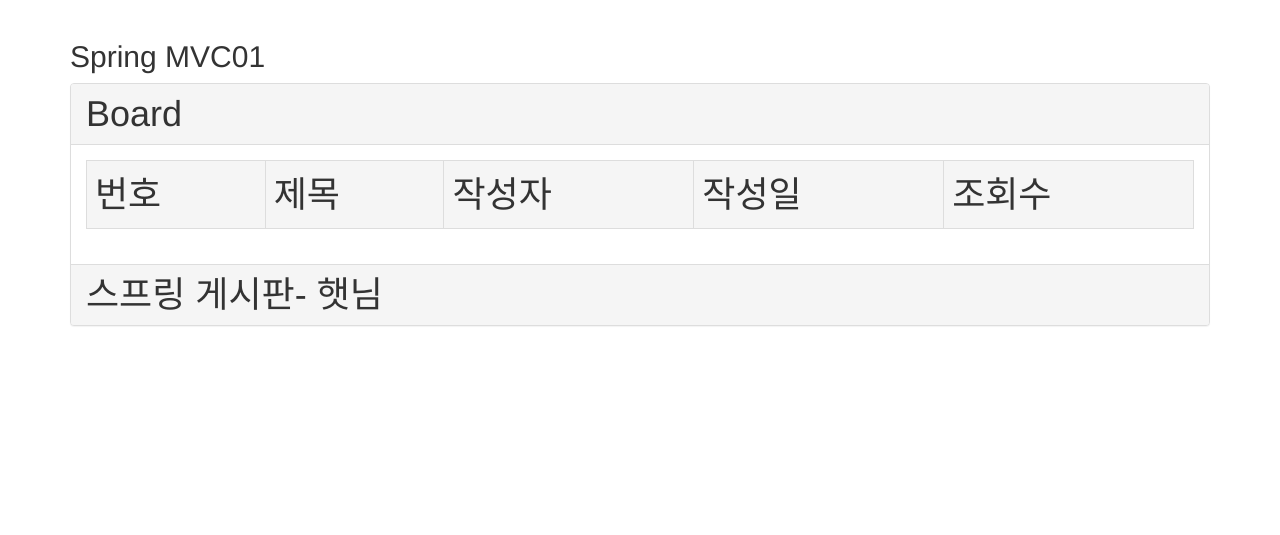
Repository: Hyerim-Ryu/Spring-
Page: http://localhost/SpringMVC01/boardList.do
These files come from the project's save history. The page is drawn as it stood at one moment and after the next save; the edit follows.
The browser window is 1280 px wide. The pictures show the whole page.
The page is served by Tomcat 9. Other server files are loaded and not shown.

Above is the page before, as saved 2023-09-05 02:58:45.

### workspace.edu/SpringMVC01/src/main/webapp/WEB-INF/views/boardList.jsp
<%@ page language="java" contentType="text/html; charset=UTF-8"
    pageEncoding="UTF-8"%>
<%@ taglib prefix="c" uri="http://java.sun.com/jsp/jstl/core" %>
<!DOCTYPE html>
<html>
<head>
<meta charset="UTF-8">
<title>Insert title here</title>
<link rel="stylesheet" href="https://maxcdn.bootstrapcdn.com/bootstrap/3.4.1/css/bootstrap.min.css">
<script src="https://ajax.googleapis.com/ajax/libs/jquery/3.6.4/jquery.min.js"></script>
<script src="https://maxcdn.bootstrapcdn.com/bootstrap/3.4.1/js/bootstrap.min.js"></script>
</head>
<body>
	<h1>
		<div class="container">
		  <h2>Spring MVC01</h2>
			  <div class="panel panel-default">
			    <div class="panel-heading">Board</div>
			    <div class="panel-body">
			    	<table class="table table-bordered table-hover">
			    		<tr class="active">
			    			<td>번호</td>
			    			<td>제목</td>
			    			<td>작성자</td>
			    			<td>작성일</td>
			    			<td>조회수</td>
			    		</tr>
			    		<!--  model 안에 있는 list를 jstl 을 활용하여 출력하시오 -->
			    		<!--  그럼 대체 model 안의 값은 어떻게 가져오냐?
			    			  model은 request 영역안에 있다!
			    		 -->
			    		${model[i].idx}
			    	</table>
			    </div>

			    <div class="panel-footer">스프링 게시판- 햇님</div>
		  </div>
		</div>
	</h1>
</body>
</html>

### workspace.edu/SpringMVC01/src/main/java/kr/spring/entity/Board.java
package kr.spring.entity;

import lombok.AllArgsConstructor;
import lombok.Data;
import lombok.NoArgsConstructor;
import lombok.ToString;

@Data
@AllArgsConstructor
@NoArgsConstructor
@ToString
public class Board {

	private int idx; // 번호
	private String title; // 제목
	private String content; // 내용
	private String writer; // 작성자
	private String indate; // 작성일
	private int count; // 조회수
}

After the next save:
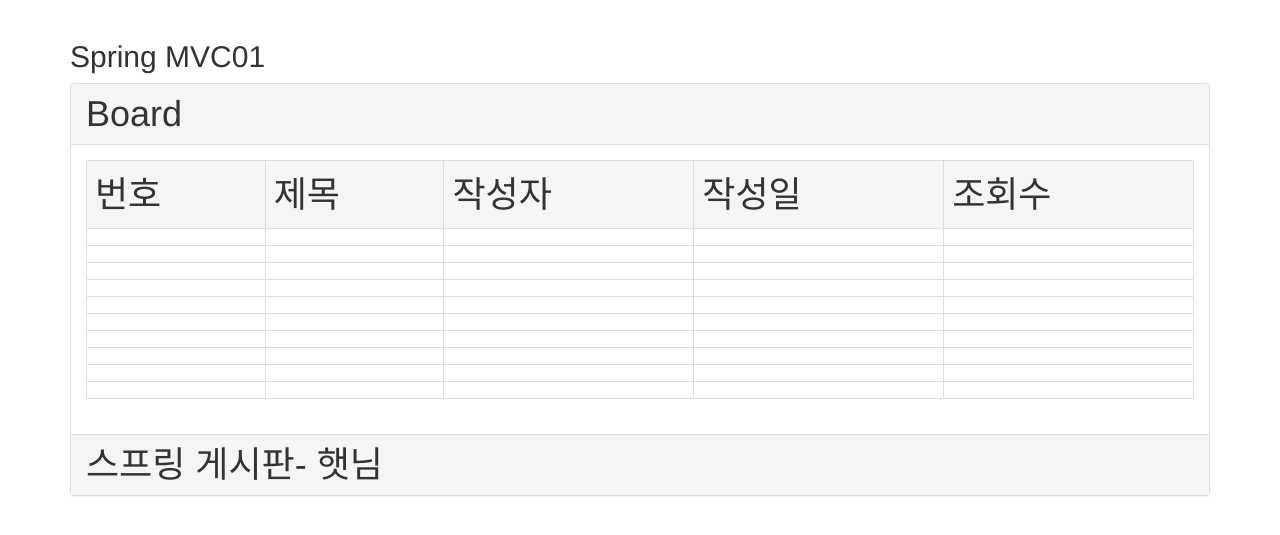
Saved 6 min 3 s later.
--- a/workspace.edu/SpringMVC01/src/main/webapp/WEB-INF/views/boardList.jsp
+++ b/workspace.edu/SpringMVC01/src/main/webapp/WEB-INF/views/boardList.jsp
@@ -29,7 +29,15 @@
 			    		<!--  그럼 대체 model 안의 값은 어떻게 가져오냐?
 			    			  model은 request 영역안에 있다!
 			    		 -->
-			    		${model[i].idx}
+			    		<c:forEach items="${list}" var="vo" varStatus="i">
+			    		<tr>
+			    			<td></td>
+			    			<td></td>
+			    			<td></td>
+			    			<td></td>
+			    			<td></td>
+			    		</tr>
+			    		</c:forEach>
 			    	</table>
 			    </div>
 
